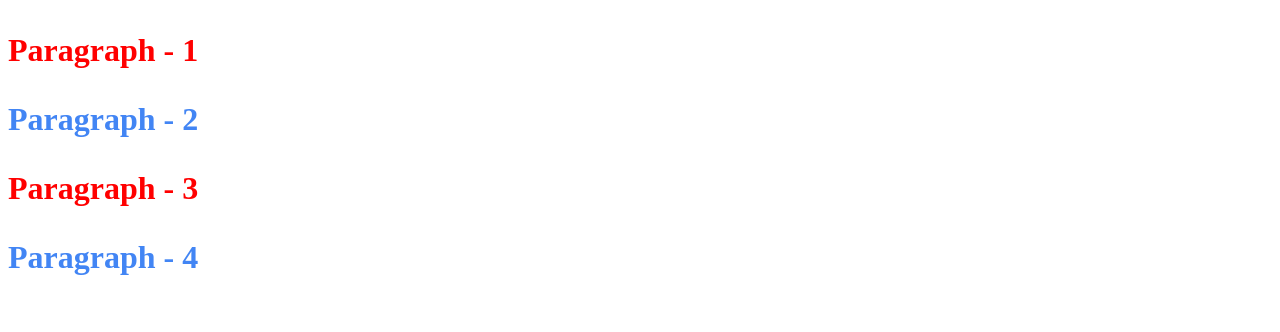
Repository: linas-dev/HTML-CSS-Projects
Page: Basic_HTML_and_JavaScript_1/Basic_HTML_1.html
The author's editor kept a copy of each file at every save. The page is drawn from the files as they stood at one save, then again after the next save.
The browser window is 1280 px wide. The pictures show the whole page.

Above is the page before, as saved 2021-05-26 22:20:01.

After the next save:
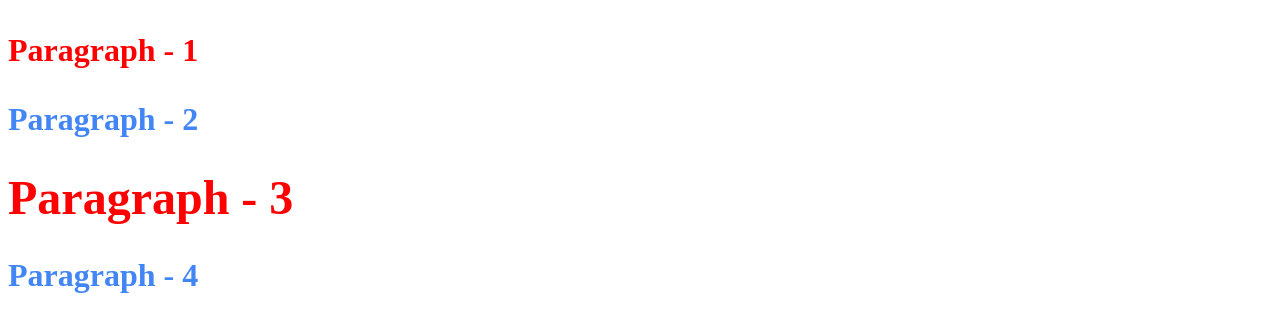
Saved 9 s later.
--- a/Basic_HTML_and_JavaScript_1/Basic_HTML_1.html
+++ b/Basic_HTML_and_JavaScript_1/Basic_HTML_1.html
@@ -9,7 +9,7 @@
 <body>
     <h1><p><font color="red">Paragraph - 1</font></p></h1>
     <h1><p><font color="#4285F4">Paragraph - 2</font></p></h1>
-    <h1><p><font color="red" face="Pattaya">Paragraph - 3</font></p></h1>
+    <h1><p><font color="red" face="Pattaya" size="8">Paragraph - 3</font></p></h1>
     <h1><p><font color="#4285F4">Paragraph - 4</font></p></h1>
     <script src="Basic_JavaScript_1.js"></script>
 </body>
